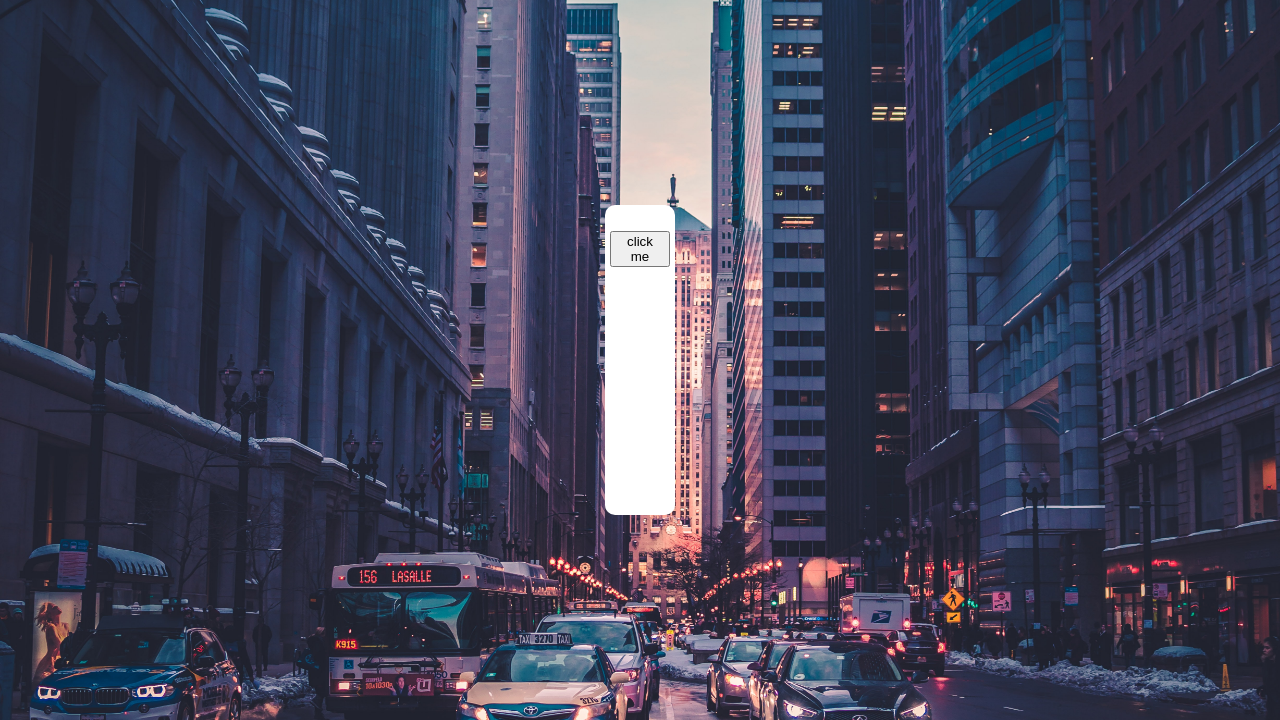
Repository: lamilekan263/random_advice
Page: /
These files come from the project's save history. The page is drawn as it stood at one moment and after the next save; the edit follows.
The browser window is 1280 px wide. The pictures show the whole page.
The page's requests for data from a server got no answer. The project was rebuilt for these pictures with package versions that can differ from the ones it lists, and the page was loaded fresh each time. No one was signed in, and anything a server would have sent is missing.

Above is the page before, as saved 2020-08-10 14:31:19.

After the next save:
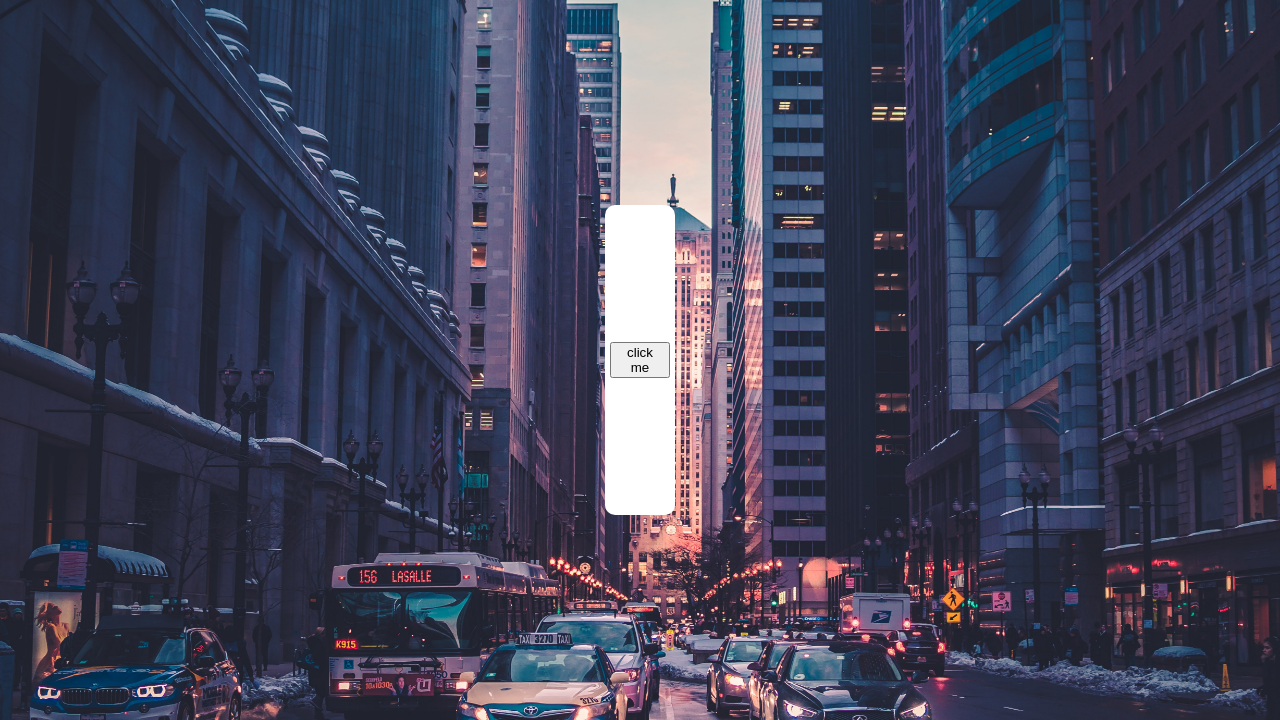
Saved 10 s later.
--- a/src/App.css
+++ b/src/App.css
@@ -20,5 +20,8 @@ body{
   padding:5px;
   border-radius: 10px;
   height:300px;
-
+  display:flex;
+  justify-content: center;
+  text-align:center;
+  align-items: center;
 }
